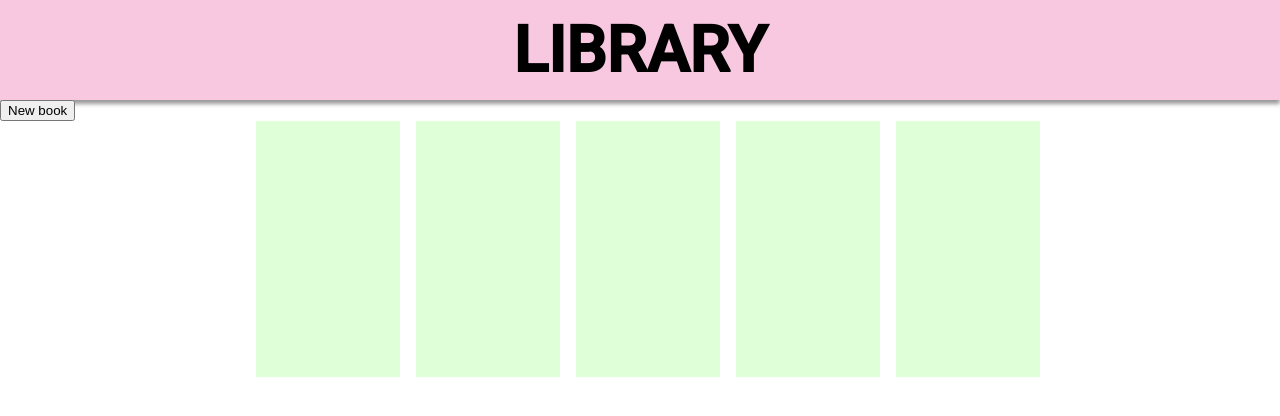
Repository: yeetzpxoci/library
Page: index.html
The author's editor kept a copy of each file at every save. The page is drawn from the files as they stood at one save, then again after the next save.
The browser window is 1280 px wide. The pictures show the whole page.
Some web fonts or font styles are not loaded; a fallback is used.

Above is the page before, as saved 2023-02-21 14:48:55.

### index.html
<!DOCTYPE html>
<html lang="en">
<head>
    <meta charset="UTF-8">
    <meta http-equiv="X-UA-Compatible" content="IE=edge">
    <meta name="viewport" content="width=device-width, initial-scale=1.0">
    <title>Library</title>
    <link rel="stylesheet" href="styles.css">
    <link rel="preconnect" href="https://fonts.googleapis.com">
    <link rel="preconnect" href="https://fonts.gstatic.com" crossorigin>
    <link href="https://fonts.googleapis.com/css2?family=Roboto:wght@500&display=swap" rel="stylesheet">
    <link href="https://fonts.googleapis.com/css2?family=Gloock&display=swap" rel="stylesheet">
</head>
<body>
    <div class="header">
        <p>LIBRARY</p>
    </div>
    <button onclick="addBookToLibrary()" id="addBook">New book</button>
    <form>
        <fieldset>
            <label for="title">Title</label>
            <input type="text" name="title" id="title">
            <label for="author">Author</label>
            <input type="text" name="author" id="author">
            <label for="pages">Pages</label>
            <input type="number" name="pages" id="pages">
            <label for="read">Have you read the book?</label>
            <input type="checkbox" name="read" id="read">
        </fieldset>
    </form>

    <div id="cards">

    </div>
<script src="script.js"></script>
</body>
</html>

### styles.css
html, body {
    margin: 0;
    padding: 0;
    font-family: 'Roboto', sans-serif;
}

body {
    min-height: 100vh;
    background-color: white;
}

.header {
    display: flex;
    align-items: center;
    justify-content: center;
    width: 100%;
    height: 100px;
    background-color: #F7C8E0;
    box-shadow: 0 4px 4px rgba(0, 0, 0, 0.4);
}

.header p {
    font-size: 64px;
    font-weight: bolder;
}

#cards {
    display: grid;
    grid-template-columns: 1fr 1fr 1fr 1fr 1fr;
    gap: 16px;
    margin-right: 256px;
    margin-left: 256px;
}

.card {
    height: 256px;
    width: 144px;
    background-color: #DFFFD8;
    align-self: center;
    justify-self: center;
}

form {
    display: none;
}

### script.js
const title = document.getElementById("title").value
const author = document.getElementById("author").value
const pages = document.getElementById("pages").value
const read = document.getElementById("read").checked
const cards = document.getElementById("cards")

let myLibrary = [];

function Book(title, author, pages, read) {
    this.title = title;
    this.author = author;
    this.pages = pages;
    this.read = read;
    this.info = function () {
        return title + " by " + author + ", " + String(pages) + " pages, not read yet"
    }
}

function addBookToLibrary() {
    let book = new Book(title, author, pages, read);
    myLibrary.push(book);
    console.log(myLibrary.length)
}

function displayBooks() {
    for (let i = 0; i < myLibrary.length; i++) {
        const newDiv = document.createElement("div");
        newDiv.setAttribute("class", "card");
        cards.appendChild(newDiv);
    }
}

let book1 = new Book("htomi" , "hs", 23, true);
let book2 = new Book("yeet", "asd", 65, false);
let book3 = new Book("smth", "bsdf", 1, true);
let book4 = new Book("smth", "bsdf", 1, true);
let book5 = new Book("smth", "bsdf", 1, true);
myLibrary.push(book1, book2, book3, book4, book5);
displayBooks();

After the next save:
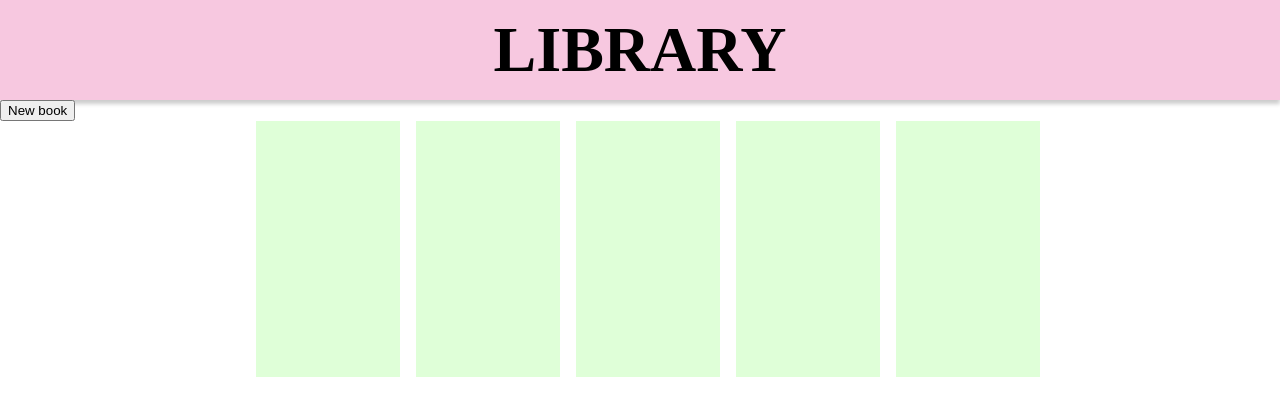
Saved 12 s later.
--- a/styles.css
+++ b/styles.css
@@ -1,7 +1,6 @@
 html, body {
     margin: 0;
     padding: 0;
-    font-family: 'Roboto', sans-serif;
 }
 
 body {
@@ -16,12 +15,14 @@ body {
     width: 100%;
     height: 100px;
     background-color: #F7C8E0;
-    box-shadow: 0 4px 4px rgba(0, 0, 0, 0.4);
+    box-shadow: 0 4px 4px rgba(0, 0, 0, 0.2);
 }
 
 .header p {
+    font-family: Gloock;
     font-size: 64px;
     font-weight: bolder;
+    font-variant: small-caps;
 }
 
 #cards {
